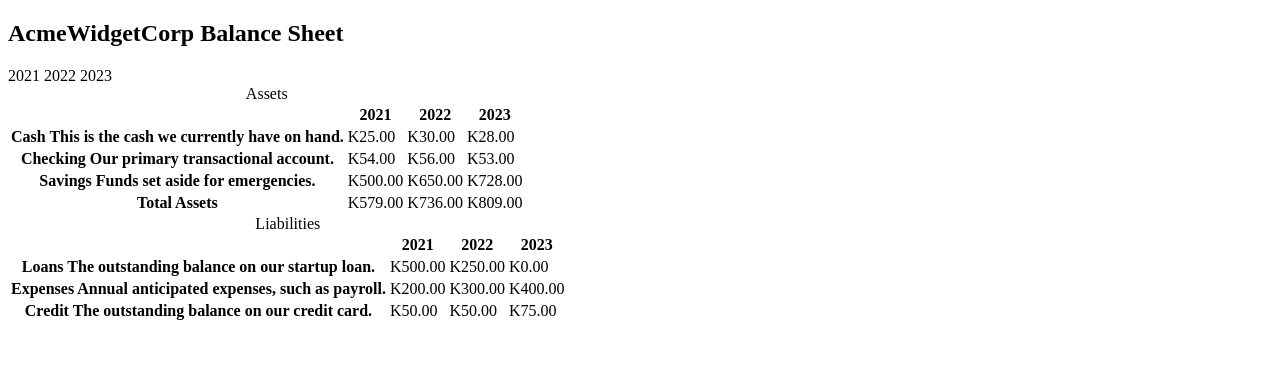
Repository: Lungdjos/balance_shee
Page: index.html
These files come from the project's save history. The page is drawn as it stood at one moment and after the next save; the edit follows.
The browser window is 1280 px wide. The pictures show the whole page.

Above is the page before, as saved 2023-10-31 17:01:09.

### index.html
<!DOCTYPE html>
<html lang="en">

<head>
    <meta charset="UTF-8">
    <meta name="viewport" content="width=device-width, initial-scale=1.0">
    <title>Balance Sheet</title>
    <link rel="stylesheet" href="styles.css">
</head>

<body>
    <main>
        <section>
            <h1>
                <span class="flex">
                <span>AcmeWidgetCorp</span>
                <span>Balance Sheet</span>
                </span>
            </h1>
            <div id="years" aria-hidden="true">
                <span class="year">2021</span>
                <span class="year">2022</span>
                <span class="year">2023</span>
            </div>
            <div class="table-wrap">
                <table>
                    <caption>Assets</caption>
                    <thead>
                        <tr>
                            <td></td>
                            <th><span class="sr-only year">2021</span></th>
                            <th><span class="sr-only year">2022</span></th>
                            <th class="current"><span class="current">2023</span></th>
                        </tr>
                    </thead>
                    <tbody>
                        <tr class="data">
                            <th>
                                Cash <span class="description">This is the cash we currently have on hand.</span>
                            </th>
                            <td>K25.00</td>
                            <td>K30.00</td>
                            <td class="current">K28.00</td>
                        </tr>
                        <tr class="data">
                            <th>
                                Checking <span class="description">Our primary transactional account.</span>
                            </th>
                            <td>K54.00</td>
                            <td>K56.00</td>
                            <td class="current">K53.00</td>
                        </tr>
                        <tr class="data">
                            <th>
                                Savings <span class="description">Funds set aside for emergencies.</span>
                            </th>
                            <td>K500.00</td>
                            <td>K650.00</td>
                            <td class="current">K728.00</td>
                        </tr>
                        <tr class="total">
                            <th>
                                Total <span class="sr-only">Assets</span>
                            </th>
                            <td>K579.00</td>
                            <td>K736.00</td>
                            <td class="current">K809.00</td>
                        </tr>
                    </tbody>
                </table>
                <table>
                    <caption>Liabilities</caption>
                    <thead>
                        <tr>
                            <td></td>
                            <th><span class="sr-only">2021</span></th>
                            <th><span class="sr-only">2022</span></th>
                            <th><span class="sr-only">2023</span></th>

                        </tr>
                    </thead>
                    <tbody>
                        <tr class="data">
                            <th>
                                Loans <span class="description">The outstanding balance on our startup loan.</span>
                            </th>
                            <td>K500.00</td>
                            <td>K250.00</td>
                            <td class="current">K0.00</td>
                        </tr>
                        <tr class="data">
                            <th>
                                Expenses <span class="description">Annual anticipated expenses, such as payroll.</span>
                            </th>
                            <td>K200.00</td>
                            <td>K300.00</td>
                            <td class="current">K400.00</td>
                        </tr>
                        <tr class="data">
                            <th>
                                Credit <span class="description">The outstanding balance on our credit card.</span>
                            </th>
                            <td>K50.00</td>
                            <td>K50.00</td>
                            <td class="current">K75.00</td>
                        </tr>
                        <tr class="total"></tr>
                    </tbody>
                </table>
                <table></table>
            </div>
        </section>
    </main>
</body>

</html>

</html>

Loaded but not shown: styles.css (no copy from this time; the picture is the same without it)

After the next save:
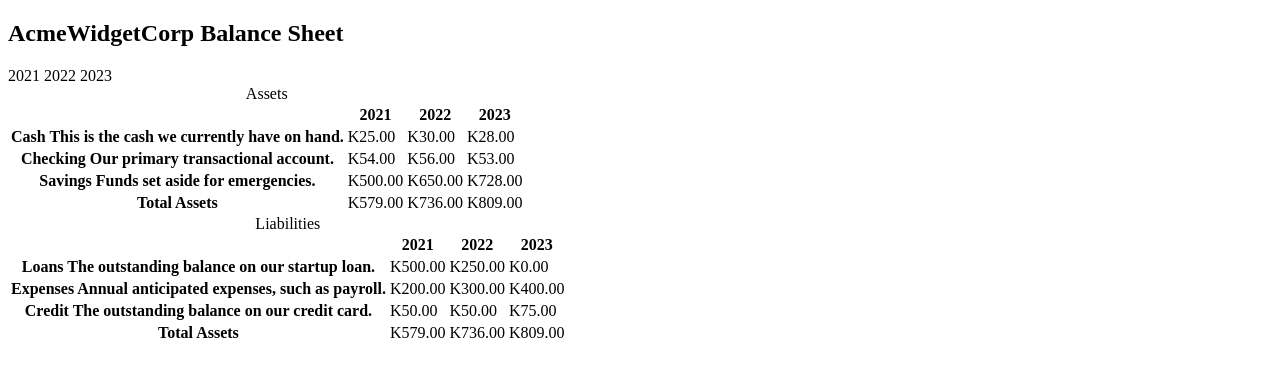
Saved 37 s later.
--- a/index.html
+++ b/index.html
@@ -104,7 +104,14 @@
                             <td>K50.00</td>
                             <td class="current">K75.00</td>
                         </tr>
-                        <tr class="total"></tr>
+                        <tr class="total">
+                            <th>
+                                Total <span class="sr-only">Assets</span>
+                            </th>
+                            <td>K579.00</td>
+                            <td>K736.00</td>
+                            <td class="current">K809.00</td>
+                        </tr>
                     </tbody>
                 </table>
                 <table></table>
